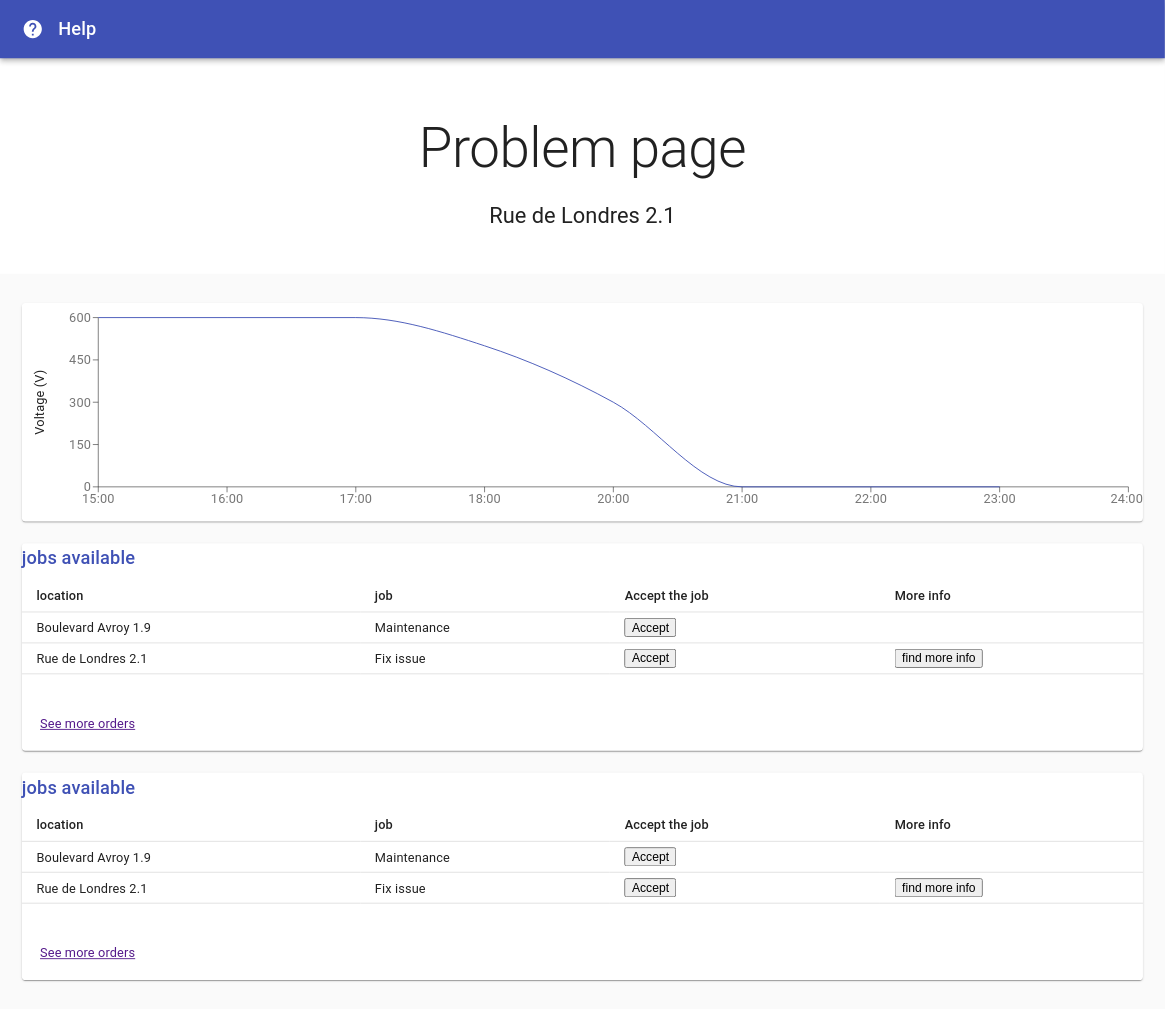
Repository: sapbrussels/intelligenthighway_webapp
Page: /Problempage (app in router/)
An editor plug-in stored every save of this project. The page is shown before and after the next save, followed by the edit.
The browser window is 1280 px wide. The pictures show the whole page, at 91% of full size.
The project was rebuilt for these pictures with package versions that can differ from the ones it lists, and the page was loaded fresh each time. Also part of the build but not shown: router/src/App.css, router/src/Login.js, router/src/Maps.js, router/src/Jobspage.js, router/src/Direction.js, router/src/Maintenance.js, router/src/Help.js.

Above is the page before, as saved 2020-03-31 15:18:36.

After the next save:
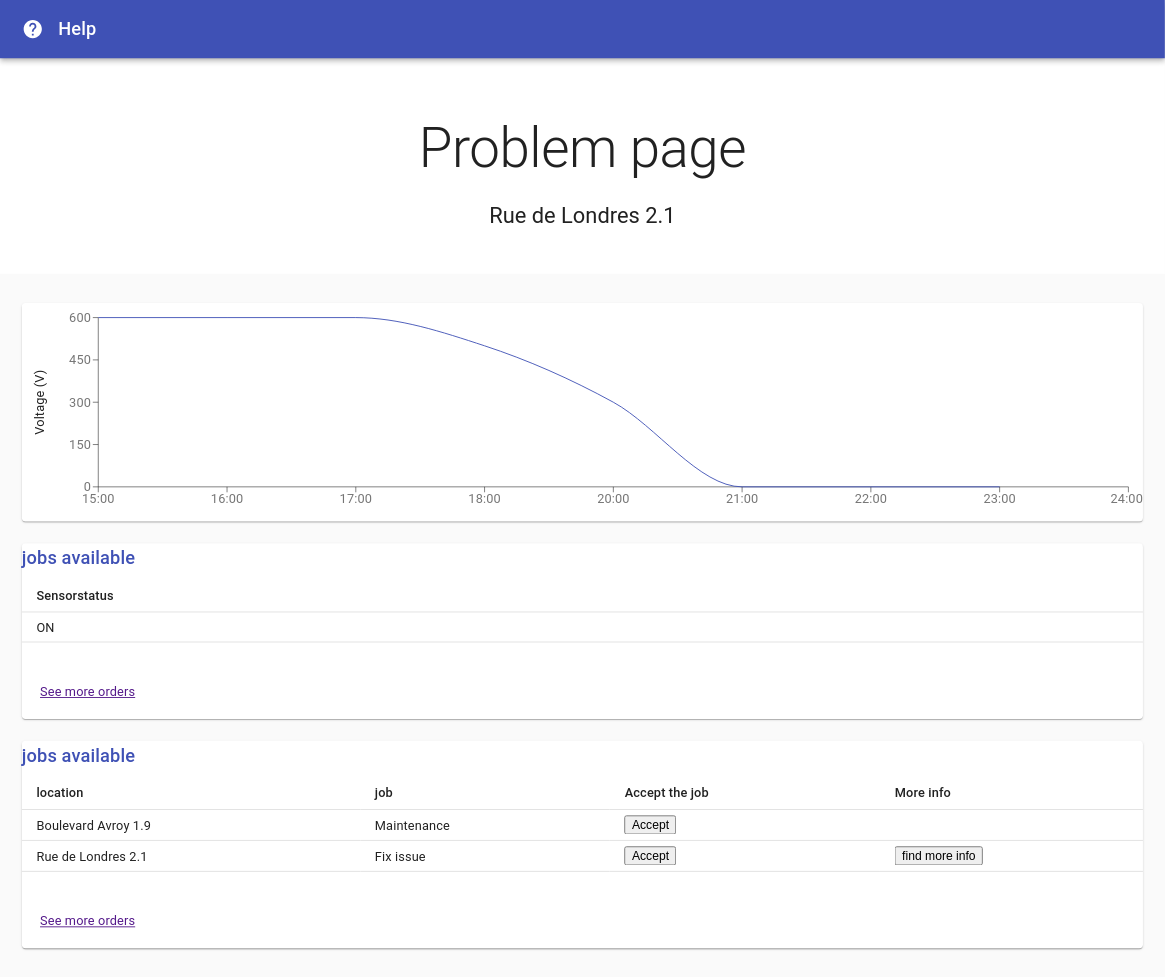
Saved 4 min 4 s later.
--- a/router/src/SensorData.js
+++ b/router/src/SensorData.js
@@ -9,13 +9,13 @@ import TableRow from '@material-ui/core/TableRow';
 import Title from './Title';
 
 // Generate Order Data
-function createData(id, location, job, accept, info) {
-  return { id, location, job, accept, info };
+function createData(id,Sensorstatus) {
+  return { id,Sensorstatus};
 }
 
 const rows = [
-    createData(0, 'Boulevard Avroy 1.9', 'Maintenance',<Link to="/Maintenance"><button>Accept</button></Link>),
-    createData(1, 'Rue de Londres 2.1', 'Fix issue',<button>Accept</button>, <Link to="/Problempage"><button>find more info</button></Link>),
+    createData(0, 'ON')
+
 ];
 
 function preventDefault(event) {
@@ -38,19 +38,14 @@ const useStyles = makeStyles((theme) => ({
         <Table size="small">
             <TableHead>
             <TableRow>
-                <TableCell>location</TableCell>
-                <TableCell>job</TableCell>
-                <TableCell>Accept the job</TableCell>
-                <TableCell>More info</TableCell>
+                <TableCell>Sensorstatus</TableCell>
+
             </TableRow>
             </TableHead>
             <TableBody>
             {rows.map((row) => (
                 <TableRow key={row.id}>
-                <TableCell>{row.location}</TableCell>
-                <TableCell>{row.job}</TableCell>
-                <TableCell>{row.accept}</TableCell>
-                <TableCell>{row.info}</TableCell>
+                <TableCell>{row.Sensorstatus}</TableCell>
                 </TableRow>
             ))}
             </TableBody>
